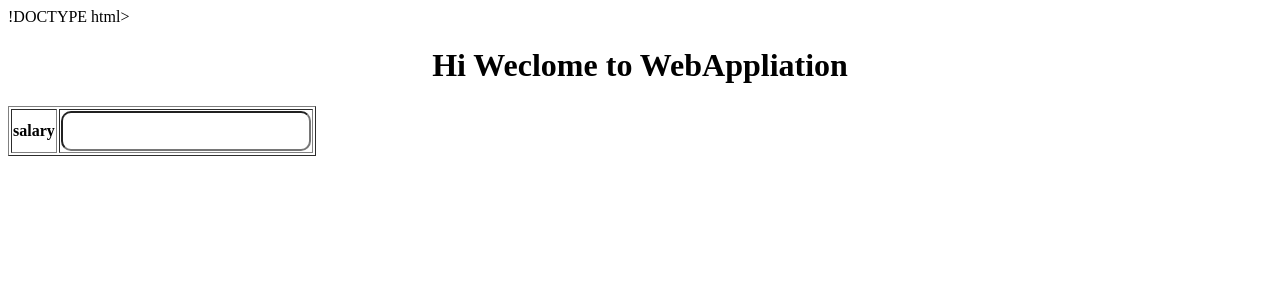
Repository: Surajkande2001/IGTSolution
Page: WebJSP3/src/main/webapp/Update.html
An editor plug-in stored every save of this project. The page is shown before and after the next save, followed by the edit.
The browser window is 1280 px wide. The pictures show the whole page.

Above is the page before, as saved 2023-06-30 10:46:23.

### WebJSP3/src/main/webapp/Update.html
!DOCTYPE html>
<html>



<head>
<meta charset="ISO-8859-1">
<title>Insert title here</title>
</head>



<body>
<div style="text-align: center;">
<h1> Hi Weclome to WebAppliation </h1>
<form action="update.jsp">
<table border="1">
<tr>

<th>salary</th>
<th><input type="text" name="usalary" style="width: 250px;height: 40px;border-radius: 10px"></th>
</tr>

</table>

</form>
</div>
</body>



</html>

After the next save:
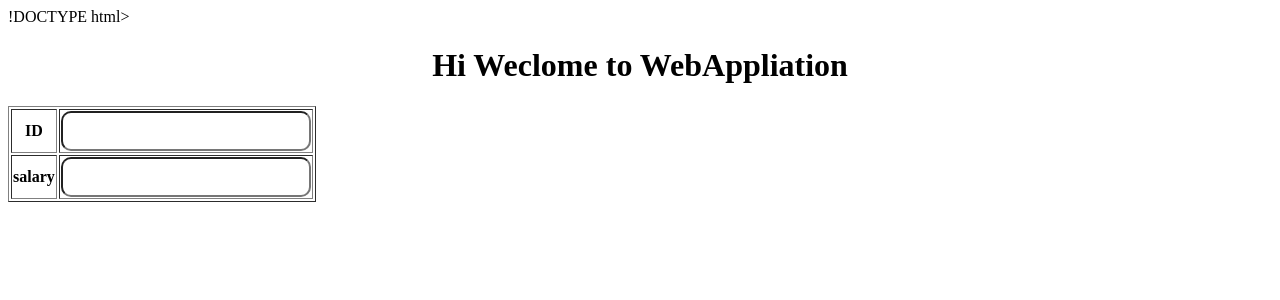
Saved 2 min 33 s later.
--- a/WebJSP3/src/main/webapp/Update.html
+++ b/WebJSP3/src/main/webapp/Update.html
@@ -16,6 +16,11 @@
 <form action="update.jsp">
 <table border="1">
 <tr>
+<th>ID</th>
+<th><input type="text" name="uid" style="width: 250px;height: 40px;border-radius: 10px"></th>
+</tr>
+
+<tr>
 
 <th>salary</th>
 <th><input type="text" name="usalary" style="width: 250px;height: 40px;border-radius: 10px"></th>
